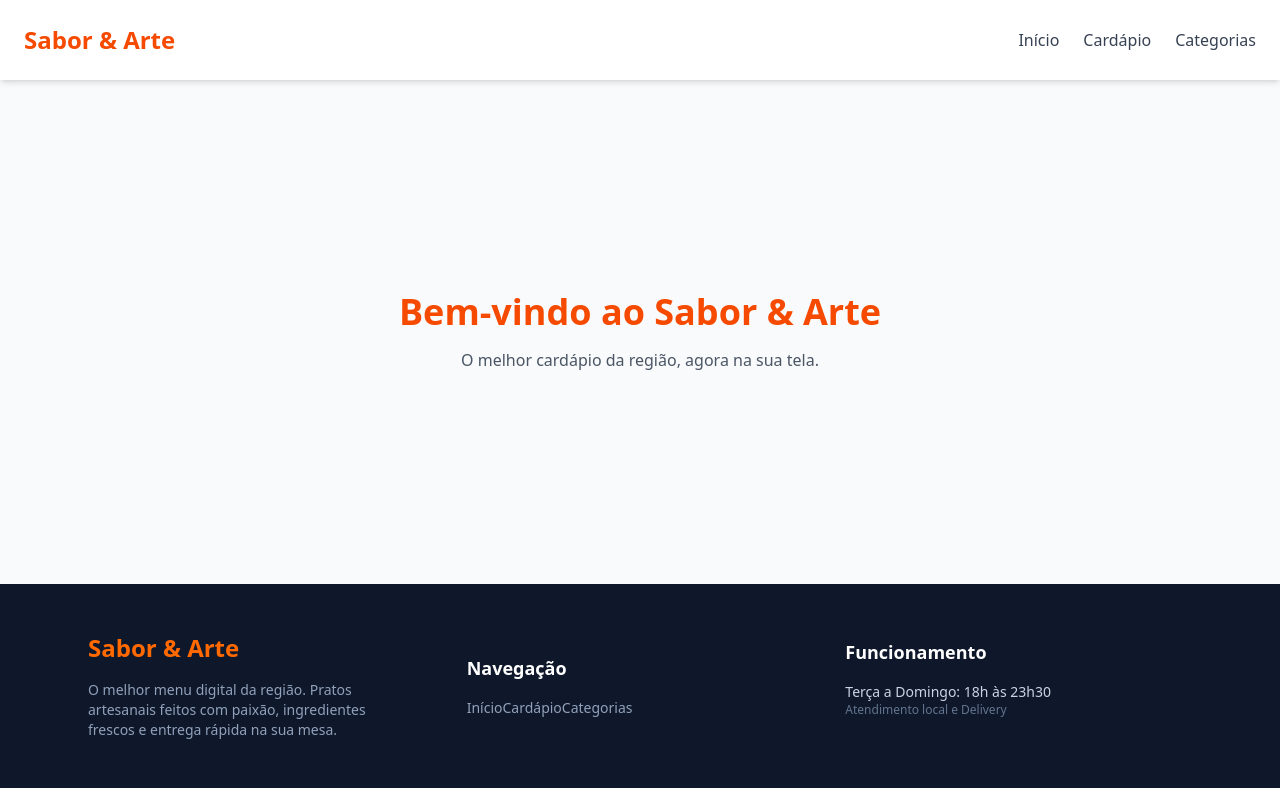
Repository: LuigiBLombardo/Next---Atividade
Page: / (app in sistema-cardapio/)
An editor plug-in stored every save of this project. The page is shown before and after the next save, followed by the edit.
The browser window is 1280 px wide. The pictures show the whole page.
The project was rebuilt for these pictures with package versions that can differ from the ones it lists, and the page was loaded fresh each time. The framework's server and built-in components were replaced by stand-ins that run in the browser. Also part of the build but not shown: sistema-cardapio/next.config.mjs.

Above is the page before, as saved 2026-09-04 19:47:54.

### sistema-cardapio/src/app/layout.js
import { Inter, Montserrat } from "next/font/google";
import "./globals.css";
import Navbar from "@/components/Navbar";
import Footer from "@/components/Footer";

const inter = Inter({ subsets: ["latin"], variable: "--font-inter" });

const montserrat = Montserrat({ subsets: ["latin"], variable: "--font-montserrat" });

export default function RootLayout({ children }) {
    return (
        <html lang="pt-br" className={`${inter.variable} ${montserrat.variable}`}>
            <body className="font-sans bg-gray-50 antialiased">
                <Navbar />
                {children}
                <Footer/>
            </body>
        </html>
);
}

### sistema-cardapio/src/app/page.js
import Image from "next/image";

export default function Home() {
  return (
    <main className="flex flex-col items-center justify-center min-h-[70vh]">
        <h1 className="text-4xl font-bold text-orange-600">Bem-vindo ao Sabor & Arte</h1>
        <p className="mt-4 text-gray-600">O melhor cardápio da região, agora na sua tela.</p>
    </main>
  );
}

### sistema-cardapio/src/components/Navbar.js
import Link from 'next/link';

export default function Navbar() {
    return (
        <nav className="flex items-center justify-between p-6 bg-white shadow-md">
            <h2 className="text-2xl font-bold text-orange-600">Sabor & Arte</h2>
            <div className="flex gap-6">
                <Link href="/" className="text-gray-700 hover:text-orange-600 font-medium">Início</Link>
                <Link href="/cardapio" className="text-gray-700 hover:text-orange-600 font-medium">Cardápio</Link>
                <Link href="/categorias" className="text-gray-700 hover:text-orange-600
font-medium">Categorias</Link>
            </div>
        </nav>
);
}

### sistema-cardapio/src/components/Footer.js
import Link from "next/link";

export default function Footer(){
    return (
        <footer className="w-full bg-slate-900 text-slate-400 pt-12">

            <div className="max-w-6xl mx-auto px-6 pb-12 grid grid-cols-1 md:grid-cols-3 gap-8 items-center justify-center">

                <div>
                    <h2 className="text-2xl font-bold text-orange-500 mb-4">
                        Sabor & Arte
                    </h2>
                    <p className="text-sm max-w-xs text-slate-400">
                        O melhor menu digital da região. Pratos artesanais feitos com
                        paixão, ingredientes frescos e entrega rápida na sua mesa.
                    </p>
                </div>

                <div>
                    <h3 className="text-lg font-bold text-white mb-4">
                        Navegação
                    </h3>
                    <div className="space-y-2 text-sm">

                        <Link href="/" className="hover:text-white transition">Início</Link>
                        <Link href="/cardapio" className="hover:text-white transition">Cardápio</Link>
                        <Link href="/categorias" className="hover:text-white transition">Categorias</Link>

                    </div>
                </div>

                <div>
                    <h3 className="text-lg font-bold text-white mb-4">
                        Funcionamento
                    </h3>
                    <p className="text-sm text-slate-300">
                        Terça a Domingo: 18h às 23h30
                    </p>
                    <p className="text-xs text-slate-500 mb-4">
                        Atendimento local e Delivery
                    </p>

                </div>
            </div>

        </footer>
    )
}

Loaded but not shown: sistema-cardapio/src/app/globals.css (common file)

After the next save:
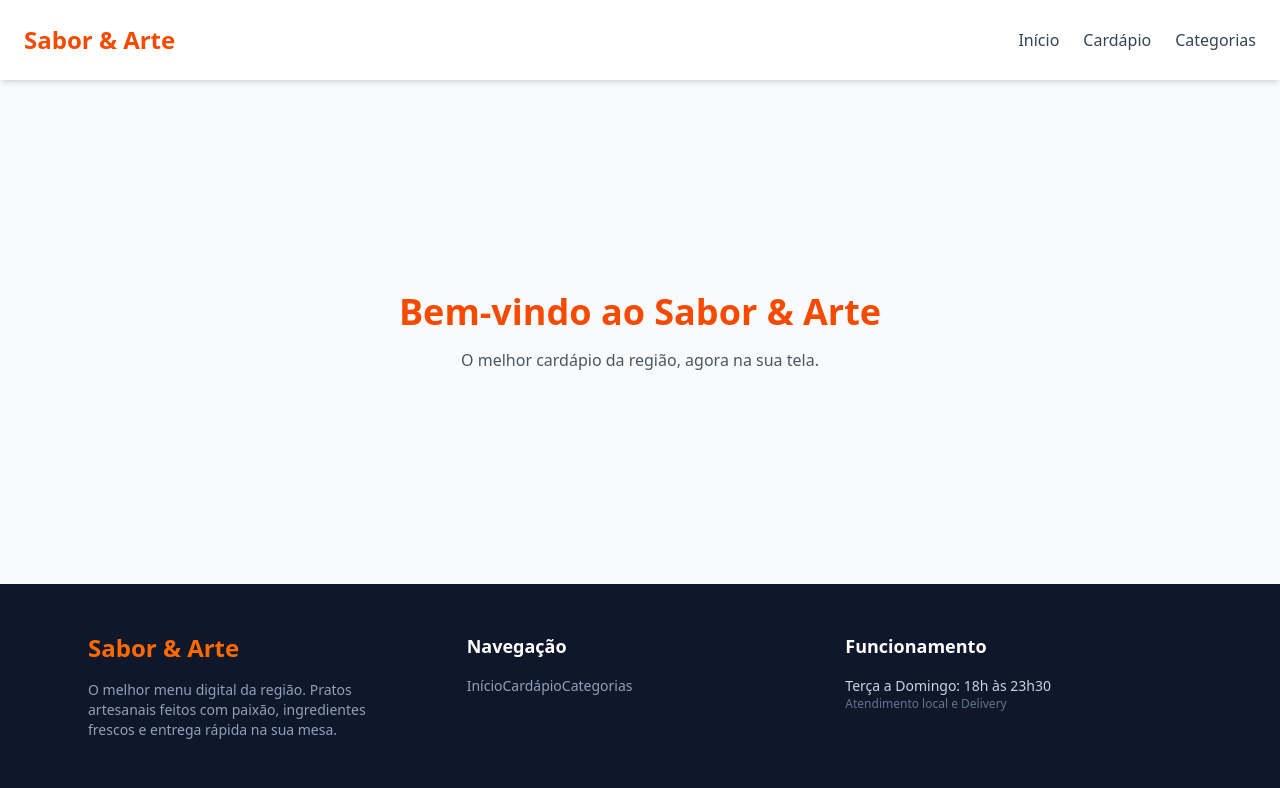
Saved 14 s later.
--- a/sistema-cardapio/src/components/Footer.js
+++ b/sistema-cardapio/src/components/Footer.js
@@ -4,7 +4,7 @@ export default function Footer(){
     return (
         <footer className="w-full bg-slate-900 text-slate-400 pt-12">
 
-            <div className="max-w-6xl mx-auto px-6 pb-12 grid grid-cols-1 md:grid-cols-3 gap-8 items-center justify-center">
+            <div className="max-w-6xl mx-auto px-6 pb-12 grid grid-cols-1 md:grid-cols-3 gap-8 justify-center">
 
                 <div>
                     <h2 className="text-2xl font-bold text-orange-500 mb-4">
